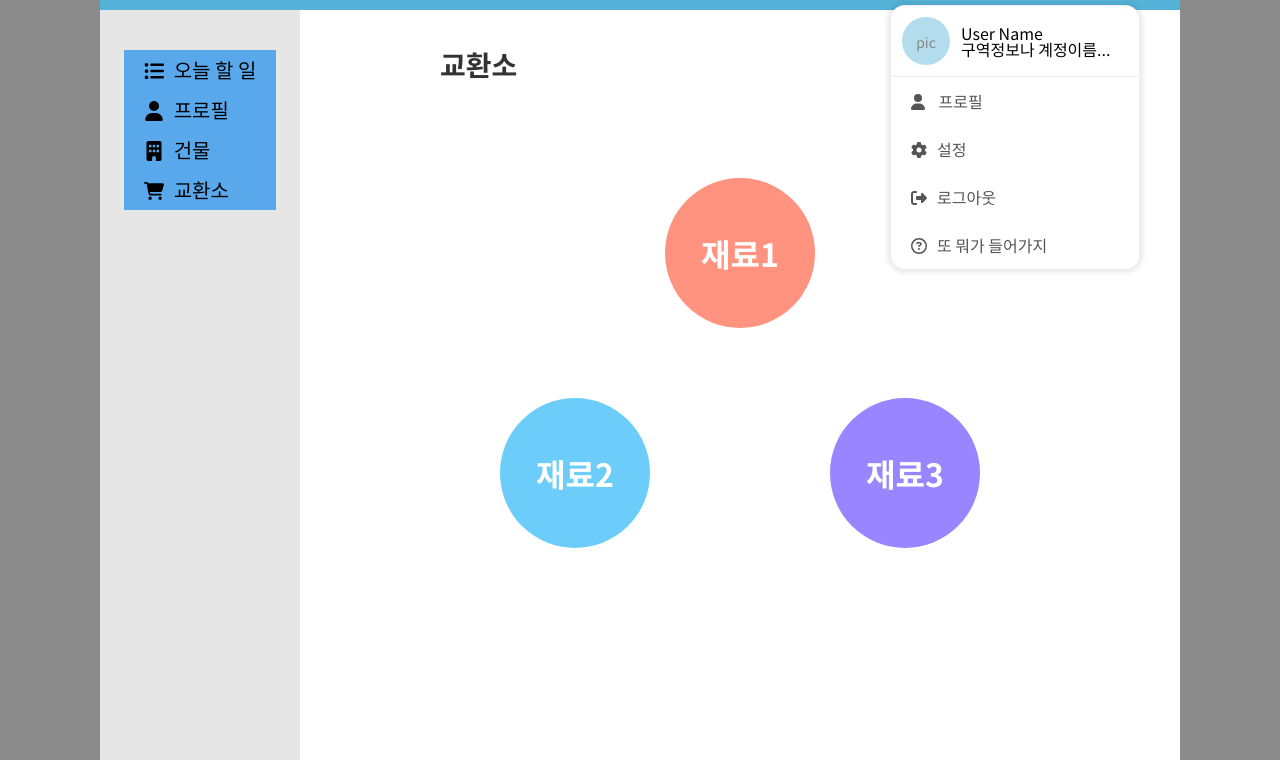
Repository: sunoo-lee/toVillage-old
Page: /#/trade
An editor plug-in stored every save of this project. The page is shown before and after a run of saves, followed by the edit.
The browser window is 1280 px wide. The pictures show the whole page.
The project was rebuilt for these pictures with package versions that can differ from the ones it lists, and the page was loaded fresh each time. Also part of the build but not shown: src/routes/Auth.js, src/components/Todo.js, src/components/AddForm.js, src/components/Main.js, src/routes/Home.js, src/components/MyProfile.js, src/routes/Profile.js, src/components/Area.module.css and 2 more.

Above is the page before, as saved 2022-10-13 03:08:00.

### src/components/App.js
import React, { useState } from "react";
import AppRouter from "./Router";

function App() {
  const [isLoggedIn, setIsLoggedIn] = useState(true);
  const onClick = () => {
    setIsLoggedIn(!isLoggedIn);
  };
  return (
    <>
      <AppRouter onClick={onClick} isLoggedIn={isLoggedIn} />
    </>
  );
}

export default App;

### src/style.css
@import url("https://fonts.googleapis.com/css2?family=Noto+Sans+KR:wght@400;500;700&display=swap");

* {
  box-sizing: border-box;
}

html,
body {
  padding: 0;
  margin: 0;
  font-family: "Noto Sans KR", -apple-system, BlinkMacSystemFont, Segoe UI,
    Roboto, Oxygen, Ubuntu, Cantarell, Fira Sans, Droid Sans, Helvetica Neue,
    sans-serif;
}

body {
  display: flex;
  justify-content: center;
  align-items: center;
  height: 800px;
  width: 1080px;
  margin: auto;
  height: 100vh;
  background-color: #9dbac7;
  background-color: #8b8b8b;
}

.container {
  background-color: aliceblue;
  background-color: #ffffff;
  min-width: 600px;
  width: 1080px;
  height: 800px;
  padding-left: 200px;
  padding-top: 50px;
  display: flex;
  justify-content: center;
}

### src/components/Router.js
import { HashRouter as Router, Routes, Route } from "react-router-dom";
import Auth from "../routes/Auth";
import Home from "../routes/Home";
import Profile from "../routes/Profile";
import Building from "../routes/Building";
import Trade from "../routes/Trade";
import Header from "./Header";
import Navigation from "./Navigation";

const AppRouter = ({ onClick, isLoggedIn }) => {
  return (
    <Router>
      {isLoggedIn}
      <Header />
      <Navigation onClick={onClick} />
      <Routes>
        {isLoggedIn ? (
          <>
            <Route
              exact
              path="/"
              element={<Home onClick={onClick} isLoggedIn={isLoggedIn} />}
            />
            <Route path="/profile" element={<Profile />} />
            <Route path="/building" element={<Building />} />
            <Route path="/trade" element={<Trade />} />
          </>
        ) : (
          <>
            <Route exact path="/" element={<Auth />} />
          </>
        )}
      </Routes>
    </Router>
  );
};

export default AppRouter;

### src/routes/Trade.js
import React from "react";
import TradingShop from "../components/TradingShop";

const Trade = () => {
  return (
    <>
      <div className={"container"}>
        <TradingShop />
      </div>
    </>
  );
};

export default Trade;

### src/components/Header.js
import { React } from "react";
import styles from "./Header.module.css";
import { FontAwesomeIcon } from "@fortawesome/react-fontawesome";
import { faBars, faUser } from "@fortawesome/free-solid-svg-icons";
import Dropdown from "./Dropdown";
// import MiniProfile from "./MiniProfile";

const Header = () => (
  <header id={styles.header}>
    <div className={styles.container}>
      <div className={styles.header_left}>
        <button className={styles.toggle_btn}>
          <FontAwesomeIcon icon={faBars} />
        </button>
      </div>
      <div className={styles.header_center}>
        {/* {new Date().getFullYear()}/{new Date().getMonth() + 1}/
      {new Date().getDate()} */}
      </div>
      <div className={styles.header_right}>
        <button>
          <FontAwesomeIcon icon={faUser} />
        </button>
        <Dropdown />
      </div>
    </div>
  </header>
);

export default Header;

### src/components/Navigation.js
import { React } from "react";
import { Link } from "react-router-dom";
// import MiniProfile from "./MiniProfile";
import styles from "./Navigation.module.css";
import { FontAwesomeIcon } from "@fortawesome/react-fontawesome";
import {
  faUser,
  faBuilding,
  faCartShopping,
  faListUl,
} from "@fortawesome/free-solid-svg-icons";

const Navigation = () => (
  <nav id={styles.nav}>
    {/* <MiniProfile /> */}
    <div className={styles.container}>
      <ul>
        <li>
          <Link to="/">
            <FontAwesomeIcon icon={faListUl} />
            <span>오늘 할 일</span>
          </Link>
        </li>
        <li>
          <Link to="/profile">
            <FontAwesomeIcon icon={faUser} />
            <span>프로필</span>
          </Link>
        </li>
        <li>
          <Link to="/building">
            <FontAwesomeIcon icon={faBuilding} />
            <span>건물</span>
          </Link>
        </li>
        <li>
          <Link to="/trade">
            <FontAwesomeIcon icon={faCartShopping} />
            <span>교환소</span>
          </Link>
        </li>
      </ul>
      {/* <button onClick={onClick}>SIGN OUT</button> */}
    </div>
  </nav>
);

export default Navigation;

### src/components/TradingShop.js
import React from "react";
import styles from "./TradingShop.module.css";
const TradingShop = () => {
  return (
    <div className={styles.container}>
      <h1>
        <span className={styles.title}>교환소</span>
      </h1>
      <div className={styles.table}>
        <ul>
          <li>
            <div className={`${styles.materials} ${styles.material_1}`}>
              재료1
            </div>
          </li>
          <li>
            <div className={`${styles.materials} ${styles.material_2}`}>
              재료2
            </div>
          </li>
          <li>
            <div className={`${styles.materials} ${styles.material_3}`}>
              재료3
            </div>
          </li>
        </ul>
      </div>
    </div>
  );
};

export default TradingShop;

### src/components/Header.module.css
:root {
  --theme_color: #55b3d9;
}

#header {
  position: absolute;
  width: 1080px;
  z-index: 100;
}

.container {
  background-color: #bce5f5;
  background-color: var(--theme_color);
  width: 100%;
  height: 50px;
  display: flex;
  justify-content: space-between;
  align-items: center;
  padding: 0 40px;
}
.header_left .toggle_btn {
  width: 30px;
  height: 30px;
  border: none;
  outline: none;
  border-radius: 50%;
  background-color: whitesmoke;
  background-color: transparent;
  color: #ffffff;
  cursor: pointer;
  font-size: 1.3rem;
}
.header_center {
  font-weight: 700;
  font-size: 1.4em;
}

.header_right button {
  width: 30px;
  height: 30px;
  border: none;
  outline: none;
  border-radius: 50%;
  background-color: whitesmoke;
  cursor: pointer;
  text-align: center;
  color: var(--theme_color);
}

### src/components/Dropdown.js
import React from "react";
import styles from "./MyProfile.module.css";
import { FontAwesomeIcon } from "@fortawesome/react-fontawesome";
import {
  faUser,
  faGear,
  faRightFromBracket,
} from "@fortawesome/free-solid-svg-icons";
import { faCircleQuestion } from "@fortawesome/free-regular-svg-icons";

const Dropdown = () => (
  <div className={styles.card}>
    <div className={styles.userBx}>
      <div className={styles.imgbx}>pic</div>
      <div className={styles.userinfo}>
        <p>User Name</p>
        <p>구역정보나 계정이름...</p>
      </div>
    </div>
    <ul className={styles.menu}>
      <li>
        <FontAwesomeIcon icon={faUser} /> <span>프로필</span>
      </li>
      <li>
        <FontAwesomeIcon icon={faGear} />
        <span>설정</span>
      </li>
      <li>
        <FontAwesomeIcon icon={faRightFromBracket} />
        <span>로그아웃</span>
      </li>
      <li>
        <FontAwesomeIcon icon={faCircleQuestion} />
        <span>또 뭐가 들어가지</span>
      </li>
    </ul>
  </div>
);

export default Dropdown;

### src/components/Navigation.module.css
#nav {
  width: 200px;
  height: 800px;
  position: absolute;
  z-index: 50;
  padding-top: 50px;
  background-color: #e6e6e6;
  display: flex;
  align-items: center;
  flex-direction: column;
  padding: 60px 10px 10px;
}

.container {
  position: relative;
  margin-top: 10px;
  width: 100%;
  border-radius: 20px;
  padding: 20px 0;
  display: flex;
  flex-direction: column;
  align-items: center;
}
.container ul {
  text-align: left;
}
.container ul li {
  padding: 0 20px;
  height: 40px;
  background-color: #58a8eb;
}
.container ul li a {
  font-size: 20px;
  color: #696969;
  color: #000000;
  font-weight: 500;
  text-decoration: none;
  line-height: 40px;
}
.container ul li:hover {
}
.container ul li a svg {
  width: 20px;
  margin-right: 10px;
}

.container button {
  position: absolute;
  bottom: 20px;
  padding: 7px 10px;
  border-radius: 5px;
  border: none;
  outline: none;
  font-size: 1em;
  font-weight: 700;
  background-color: #58a8eb;
  color: #ffffff;
  cursor: pointer;
}

### src/components/Main.module.css
:root {
  --theme_color: #55b3d9;
}

.container {
  margin-top: 40px;
  width: 600px;
}

.container h1 {
  margin-bottom: 20px;
}

.title {
  font-size: 28px;
  font-weight: 700;
  color: #333333;
}

.list {
  width: 600px;
  /* margin: 20px 0; */
}

.list .item {
  background-color: #ffffff;
  padding: 5px 0;
  line-height: 28px;
  display: flex;
  align-items: center;
  justify-content: space-between;
  border-bottom: 1px solid #c7c7c7;
}

.list .item:first-child {
  border-top: 1px solid #c7c7c7;
}

.list .item input[type="checkbox"] {
  width: 20px;
  height: 20px;
  border-radius: 50px;
  border: 1px solid #999999;
  appearance: none;
  margin-right: 10px;
}

.list .item input[type="checkbox"]:checked {
  background: var(--theme_color);
  border: none;
}
.list .item div {
  margin: auto 0;
  display: flex;
}
.list .item div button {
  border-radius: 50%;
  border: none;
  margin: auto 3px;
  height: 24px;
  width: 24px;
  box-shadow: 0 0 3px 0 #00000088;
  background-color: #ffffff;
  color: #333333;
}

.add_form {
  position: relative;
}

.add_form .list_input {
  margin: 5px 0;
  width: 600px;
  font-size: 16px;
  padding: 7px 15px;
  border: 1px solid #c7c7c7;
  border-radius: 5px;
}

.add_form .list_input:focus {
  outline: none;
  border: 1px solid var(--theme_color);
}

.add_form .add_btn {
  display: block;
  position: absolute;
  right: 0;
  font-size: 14px;
  background-color: var(--theme_color);
  border: 1px solid var(--theme_color);
  /* border: none; */
  border-radius: 5px;
  padding: 5px 10px;
  color: #ffffff;
  font-weight: 700;
  cursor: pointer;
}

### src/components/MyProfile.module.css
:root {
  --border_option: 1px solid #666666;
  /* --border_option: none; */
  --shadow_option: 0 0 5px 1px #00000088;
  --theme_color: #55b3d9;
}
.container {
  display: flex;
  flex-direction: column;
  justify-content: flex-start;
  align-items: center;
  padding: 60px;
}

.pic {
  width: 200px;
  height: 200px;
  background-color: #ffffff;
  border-radius: 50%;
  box-shadow: 0 15px 50px #00000041;
  line-height: 200px;
  text-align: center;
  font-size: 20px;
  color: #888888;
  font-weight: 700;
  margin-bottom: 30px;
}
.nickname {
  color: #666666;
  font-size: 36px;
  font-weight: 700;
  margin-bottom: 20px;
}
.area {
  font-size: 26px;
  font-weight: 700;
  color: #888888;
}
.materials {
  display: flex;
  margin: 40px 0;
}
.materials li {
  margin: 0 10px;
}
.materials div {
  width: 80px;
  height: 80px;
  background-color: #ffffff;
  border-radius: 50%;
  line-height: 80px;
  text-align: center;
  margin-bottom: 10px;
  color: #666666;
  border-radius: 50%;
  background-color: #55b4d975;
  font-size: 1.2em;
  color: #999999;
}
.materials span {
  display: block;
  width: 80px;
  text-align: center;
  font-size: 1.6em;
  color: #555555;
  line-height: 1.2em;
  font-weight: 600;
}
.box_btn {
  border-radius: 5px;
  padding: 16px 20px;
  border: none;
  outline: none;
  font-size: 1.4em;
  font-weight: 700;
  background-color: var(--theme_color);
  color: #ffffff;
  cursor: pointer;
}

/* ----------------------mini profile-------------------------- */

.card {
  position: absolute;
  width: 250px;
  height: 265px;
  background-color: #ffffff;
  border-radius: 15px;
  box-shadow: 0 0 5px 3px #00000015;
  border: 1px solid #00000011;
  overflow: hidden;
  right: 40px;
  top: 45px;
}
.userBx {
  position: relative;
  display: flex;
  align-items: center;
  padding: 10px;
}

.imgbx {
  border: 1px solid #ffffff;
  position: relative;
  width: 50px;
  height: 50px;
  background-color: #b3dcec;
  border-radius: 50%;
  font-size: 14px;
  text-align: center;
  color: #888888;
  line-height: 50px;
  margin-right: 10px;
}

.menu {
  position: absolute;
  width: 100%;
  height: auto;
  border-top: 1px solid #00000011;
}
.menu li {
  padding: 0 20px;
  color: #555555;
  cursor: pointer;
}
.menu li:hover {
  background-color: #c9dee6;
}
.menu li span {
  display: inline-block;
  margin: 16px 10px;
}

### src/components/TradingShop.module.css
.container {
  margin-top: 40px;
  width: 600px;
}

.container h1 {
  margin-bottom: 20px;
}

.container h1 .title {
  position: relative;
  font-size: 28px;
  font-weight: 700;
  color: #333333;
}

.container .table ul li {
  position: relative;
}

.container .table .materials {
  width: 150px;
  height: 150px;
  color: #333333;
  font-size: 32px;
  font-weight: 700;
  color: #ffffff;
  border: none;
  border-radius: 50%;
  text-align: center;
  line-height: 150px;
  position: absolute;
}

.container .table .material_1 {
  background-color: #ff9380;
  left: 50%;
  top: 80px;
  transform: translateX(-50%);
}
.container .table .material_2 {
  background-color: #6ccdfa;
  top: 300px;
  left: 10%;
}
.container .table .material_3 {
  background-color: #9885ff;
  top: 300px;
  right: 10%;
}

Loaded but not shown: public/index.html (common file); src/index.js (common file); src/reset.css (common file)

After the next 2 saves:
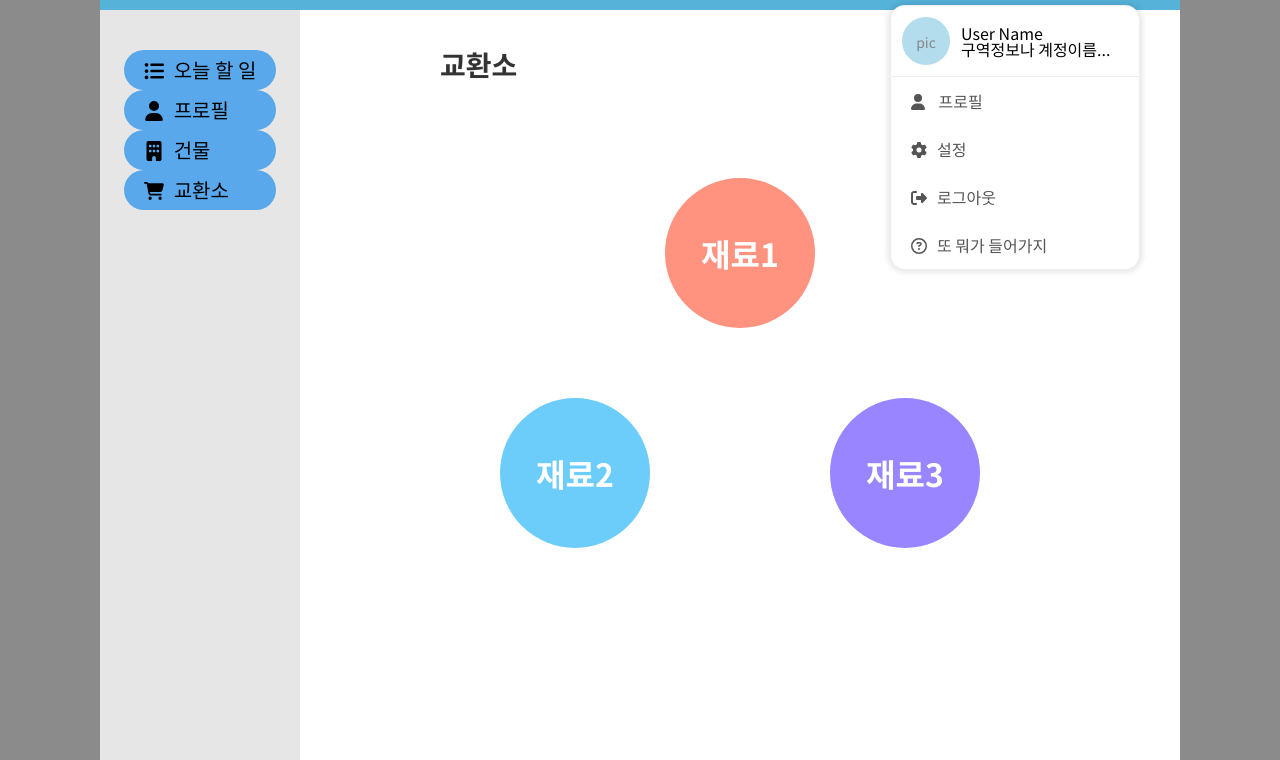
The 2 saves are shown as one change because they came seconds apart.
The last was saved 22 s later.
--- a/src/components/Navigation.module.css
+++ b/src/components/Navigation.module.css
@@ -27,6 +27,7 @@
 .container ul li {
   padding: 0 20px;
   height: 40px;
+  border-radius: 25px;
   background-color: #58a8eb;
 }
 .container ul li a {
